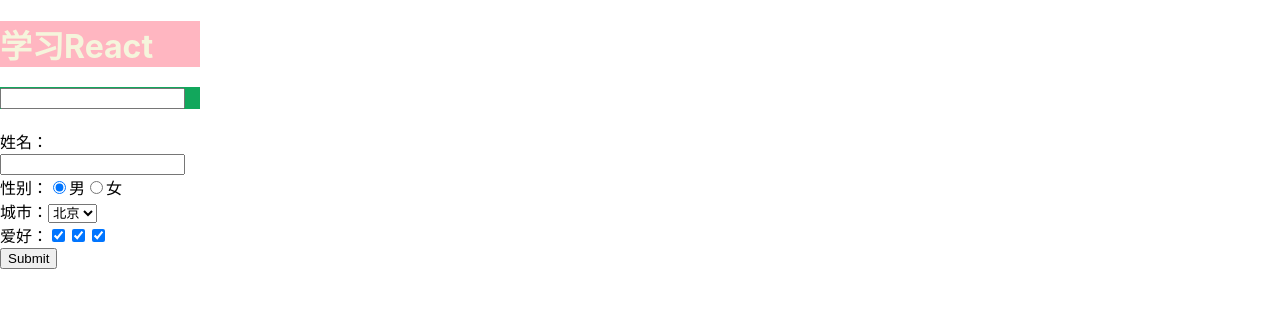
Repository: zhenzhen-gong/react-learning
Page: /user/info
These files come from the project's save history. The page is drawn as it stood at one moment and after the next save; the edit follows.
The browser window is 1280 px wide. The pictures show the whole page.
The project was rebuilt for these pictures with package versions that can differ from the ones it lists, and the page was loaded fresh each time.

Above is the page before, as saved 2021-04-16 15:30:35.

### src/App.js
import React, {Component} from 'react'
import './app.less' // 未生效，因为缺少loader转换的配置
import './App.css';

class App extends Component {
   constructor(props) {
     super(props)
     this.state= {
       name: '学习React',
       inputval: '',
       person: '',
       sex: 1,
       cityName: '',
       citys: ["北京","上海", "深圳"],
       hobby: [
         {
           'title': '睡觉',
           'checked': true
         },
         {
          'title': '吃饭',
          'checked': true
        },
        {
          'title': '敲代码',
          'checked': true
        }
       ]
     }
   }
   // this指向问题，使用箭头函数定义函数，也可以在绑定的时候.bind（this）改变this指向，也可以在constructor中用this.函数名 = this.函数名.bind(this)来改变this指向
   handleInputval = (e)=>{
      this.setState({
        inputval: e.target.value
      })
   }
   handlePerson = (e)=>{
      this.setState({
        person: e.target.value
      })
   }
   handleSex = (e)=>{
    this.setState({
      sex: Number(e.target.value)
    })
   }
   handleCity = (e)=>{
      this.setState({
        cityName: e.target.value
      })
   }
   handleHobby = (key)=>{
      var hobby = this.state.hobby
      hobby[key].checked = !hobby[key].checked
      this.setState({
        hobby:hobby
      })
   }
   handleSubmit = (e)=>{
     // 阻止form表单的提交事件
      e.preventDefault()
      console.log(this.state.person, this.state.sex, this.state.cityName)
   }
   render() {
     return (
       <div className="context">
         <h1>{this.state.name}</h1>
         <div className="input-test">
           <input type="text" value={this.state.inputval} onChange={this.handleInputval}></input>
           <span>{this.state.inputval}</span>
         </div>
         <form className="form-submit" onSubmit={this.handleSubmit}>
           姓名：<input type="text" value={this.state.person} onChange={this.handlePerson}></input>
           <div>
             性别：<input type="radio" value='1' checked={this.state.sex===1} onChange={this.handleSex} />男
             <input type="radio" value='2' checked={this.state.sex===2} onChange={this.handleSex} />女
           </div>
          <div>
          城市：<select value={this.state.cityName} onChange={this.handleCity}>
             {
               this.state.citys.map((item, key) => {
                 return <option key={key}>{item}</option>
               })
             }
            </select>
            </div>
            <div>
            爱好：{
              this.state.hobby.map((item, key) => {
                return (
                  <span  key={key}>
                    <input type="checkbox" key={key} checked={item.checked} onChange={this.handleHobby.bind(this,key)}/>{item.value}
                  </span>
                )
              })
            }
            </div>
           <input type="submit" defaultValue="提交"></input>
         </form>
       </div>
     )
   }
}

export default App;

### src/app.less
.context {
    width: 200px;
    h1 {
        color: beige;
    }
}

### src/App.css
.App {
  text-align: center;
}
h1 {
  background-color: lightpink;
  margin-bottom:  20px;
}
.input-test {
  background-color: rgb(18, 167, 92);
  margin-bottom:  20px;
}

Loaded but not shown: public/index.html (common file); src/index.js (common file); src/index.css (common file); src/reportWebVitals.js (common file)

After the next save:
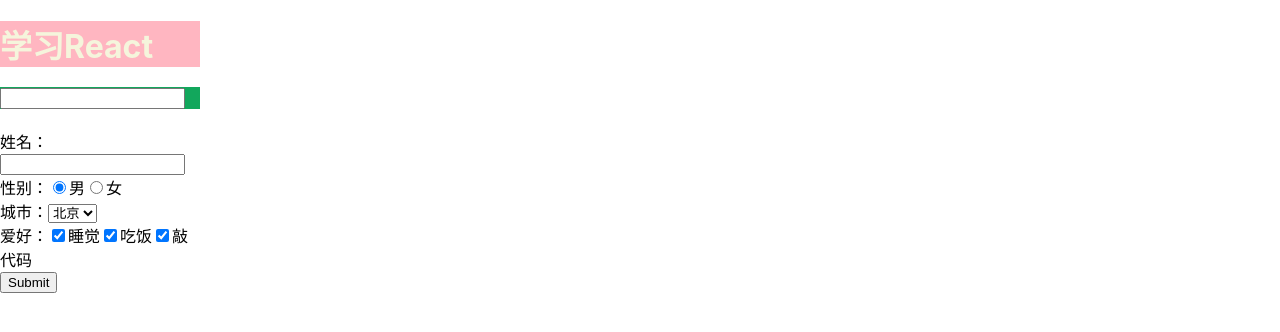
Saved 30 s later.
--- a/src/App.js
+++ b/src/App.js
@@ -89,7 +89,7 @@ class App extends Component {
               this.state.hobby.map((item, key) => {
                 return (
                   <span  key={key}>
-                    <input type="checkbox" key={key} checked={item.checked} onChange={this.handleHobby.bind(this,key)}/>{item.value}
+                    <input type="checkbox" key={key} checked={item.checked} onChange={this.handleHobby.bind(this,key)}/>{item.title}
                   </span>
                 )
               })
